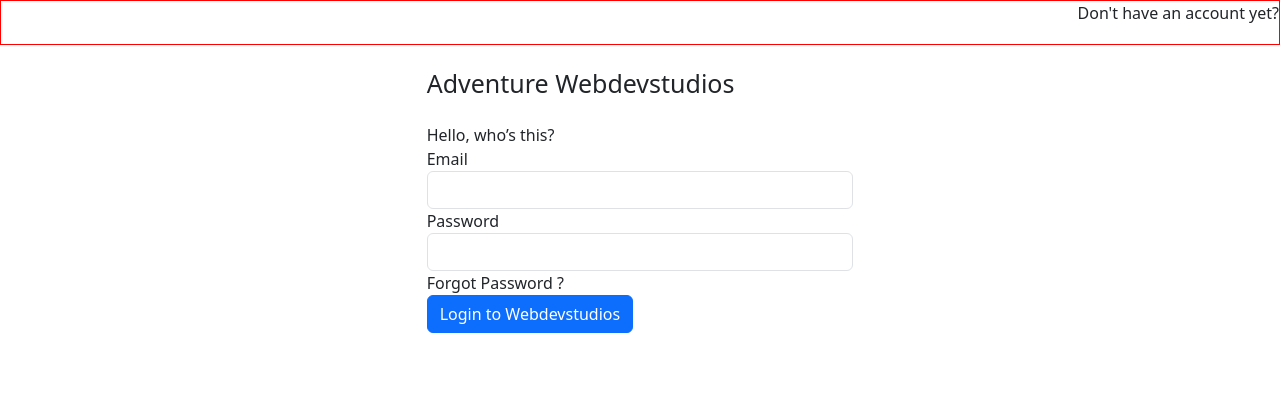
Repository: nnbxxx/React-Untimate
Page: /login
An editor plug-in stored every save of this project. The page is shown before and after the next save, followed by the edit.
The browser window is 1280 px wide. The pictures show the whole page.
The project was rebuilt for these pictures with package versions that can differ from the ones it lists, and the page was loaded fresh each time. Also part of the build but not shown: src/components/Header/header.js, src/App.js, src/components/User/User.js, src/components/Admin/SideBar.scss, src/components/Admin/SideBar.js, src/components/Admin/Admin.scss, src/components/Admin/Admin.js, src/components/Home/HomePage.js and 11 more. Imported but missing from the stored project, and not drawn on this page: src/assets/video-homepage.webm.

Above is the page before, as saved 2023-04-12 20:37:21.

### src/index.js
import React from "react";
import ReactDOM from "react-dom/client";
import App from "./App";
import reportWebVitals from "./reportWebVitals";
import { Provider } from "react-redux";
import store from "./redux/store";
import "bootstrap/dist/css/bootstrap.min.css";
import User from "./components/User/User";
import Admin from "./components/Admin/Admin";
import HomePage from "./components/Home/HomePage";
import ManageUser from "./components/Admin/Content/ManageUser";
import DashBoard from "./components/Admin/Content/DashBoard";
import {
  createBrowserRouter,
  RouterProvider,
  BrowserRouter,
  Route,
  Routes,
} from "react-router-dom";
import Login from "./components/Auth/Login";

const root = ReactDOM.createRoot(document.getElementById("root"));
root.render(
  <Provider store={store}>
    {/* <React.StrictMode> */}
    <BrowserRouter>
      <Routes>
        <Route path='/' element={<App />}>
          <Route index element={<HomePage />} />
          <Route path='users' element={<User />} />
        </Route>
        <Route path='/admins' element={<Admin />}>
          <Route index element={<DashBoard />} />
          <Route path='manage-users' element={<ManageUser />} />
        </Route>
        <Route path='/login' element={<Login />} />
      </Routes>
    </BrowserRouter>

    {/* </React.StrictMode> */}
  </Provider>
);

// If you want to start measuring performance in your app, pass a function
// to log results (for example: reportWebVitals(console.log))
// or send to an analytics endpoint. Learn more: https://bit.ly/CRA-vitals
reportWebVitals();

### src/components/Auth/Login.js
import { Button } from "react-bootstrap";
import "./Login.scss";
const Login = () => {
  return (
    <div className='login-container'>
      <div className='header mx-auto'>Don't have an account yet?</div>
      <div className='title col-4 mx-auto'>Adventure Webdevstudios</div>
      <div className='welcome col-4 mx-auto'>Hello, who’s this?</div>
      <div className='content-form col-4 mx-auto'>
        <div className='form-group'>
          <label>Email</label>
          <input type='email' className='form-control' />
        </div>
        <div className='form-group'>
          <label>Password</label>
          <input type='password' className='form-control' />
        </div>
        <span>Forgot Password ?</span>
        <div>
          <Button>Login to Webdevstudios</Button>
        </div>
      </div>
    </div>
  );
};
export default Login;

### src/App.scss
body {
  padding: 0;
  margin: 0;
  font-family: -apple-system, BlinkMacSystemFont, "Segoe UI", "Roboto", "Oxygen",
    "Ubuntu", "Cantarell", "Fira Sans", "Droid Sans", "Helvetica Neue",
    sans-serif;
  -webkit-font-smoothing: antialiased;
  -moz-osx-font-smoothing: grayscale;
}
.app-container {
  .header-container {
    .btn-login {
      border-radius: 4px;
      color: #262627;
      justify-content: center;
      line-height: 24px;
      margin: 0px 16px 0px 0px;
      padding: 8px 16px;
      text-align: center;
      border: 1px solid black;
    }
    .btn-signup {
      border-radius: 4px;
      color: #fff;
      background-color: #262627;
      justify-content: center;
      line-height: 24px;
      margin: 0px 16px 0px 0px;
      padding: 8px 16px;
      text-align: center;
      border: 1px solid black;

      &:hover {
        // opacity: 0.9;
        background-color: black;
      }
    }
    .navbar {
      z-index: 10;
      padding-top: 25px;
      background-color: rgba(0, 0, 0, 0) !important;
      .nav-link {
        &.active {
          color: #00bfff;
        }
      }
    }
  }
  .homepage-content {
    margin-top: 40px;
    padding: 0 100px;
    position: relative;
    width: 50%;
    display: flex;
    justify-content: center;
    flex-direction: column;
    gap: 20px;
    .title-1 {
      color: #262627;
      font-size: 60px;
      font-weight: 300;
      line-height: 76.8px;
      margin: 0px 0px 24px;
    }
    .title-2 {
      color: #262627;
      font-size: 20px;
      font-weight: 300;
      line-height: 31.2px;
      margin: 0px 0px 40px;
    }
    .btn-3 {
      background-color: #262627;
      border-radius: 4px;
      color: #fcfaf8;
      display: inline-block;
      justify-content: center;
      line-height: 24px;
      padding: 10px 20px;
      text-align: center;
      width: 200px;
      border: none;

      &:hover {
        // opacity: 0.9;
        background-color: black;
      }
    }
  }
}
video {
  position: fixed;
  bottom: 0;
  width: 100vw;
}
@media (min-width: 1450px) {
  .container,
  .container-lg,
  .container-md,
  .container-sm,
  .container-xl,
  .container-xxl {
    max-width: 1400px !important;
  }
}

### src/components/Auth/Login.scss
.login-container {
  .header {
    height: 45px;
    text-align: right;
    border: 1px solid red;
  }
  .title {
    font-size: 25px;
    padding: 20px 0;
  }
  .welcome {
  }
  .content-form {
  }
}

Loaded but not shown: public/index.html (common file); src/reportWebVitals.js (common file); src/redux/store.js (common file); src/redux/reducer/rootReducer.js (common file); src/redux/reducer/counterReducer.js (common file); src/redux/action/counterAction.js (common file)

After the next save:
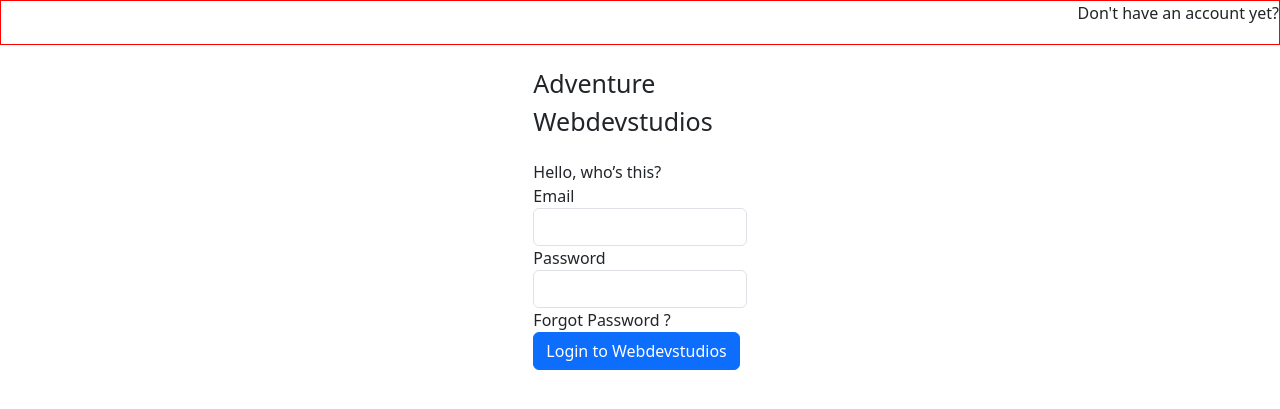
Saved 33 s later.
--- a/src/components/Auth/Login.js
+++ b/src/components/Auth/Login.js
@@ -4,9 +4,9 @@ const Login = () => {
   return (
     <div className='login-container'>
       <div className='header mx-auto'>Don't have an account yet?</div>
-      <div className='title col-4 mx-auto'>Adventure Webdevstudios</div>
-      <div className='welcome col-4 mx-auto'>Hello, who’s this?</div>
-      <div className='content-form col-4 mx-auto'>
+      <div className='title col-2 mx-auto'>Adventure Webdevstudios</div>
+      <div className='welcome col-2 mx-auto'>Hello, who’s this?</div>
+      <div className='content-form col-2 mx-auto'>
         <div className='form-group'>
           <label>Email</label>
           <input type='email' className='form-control' />
